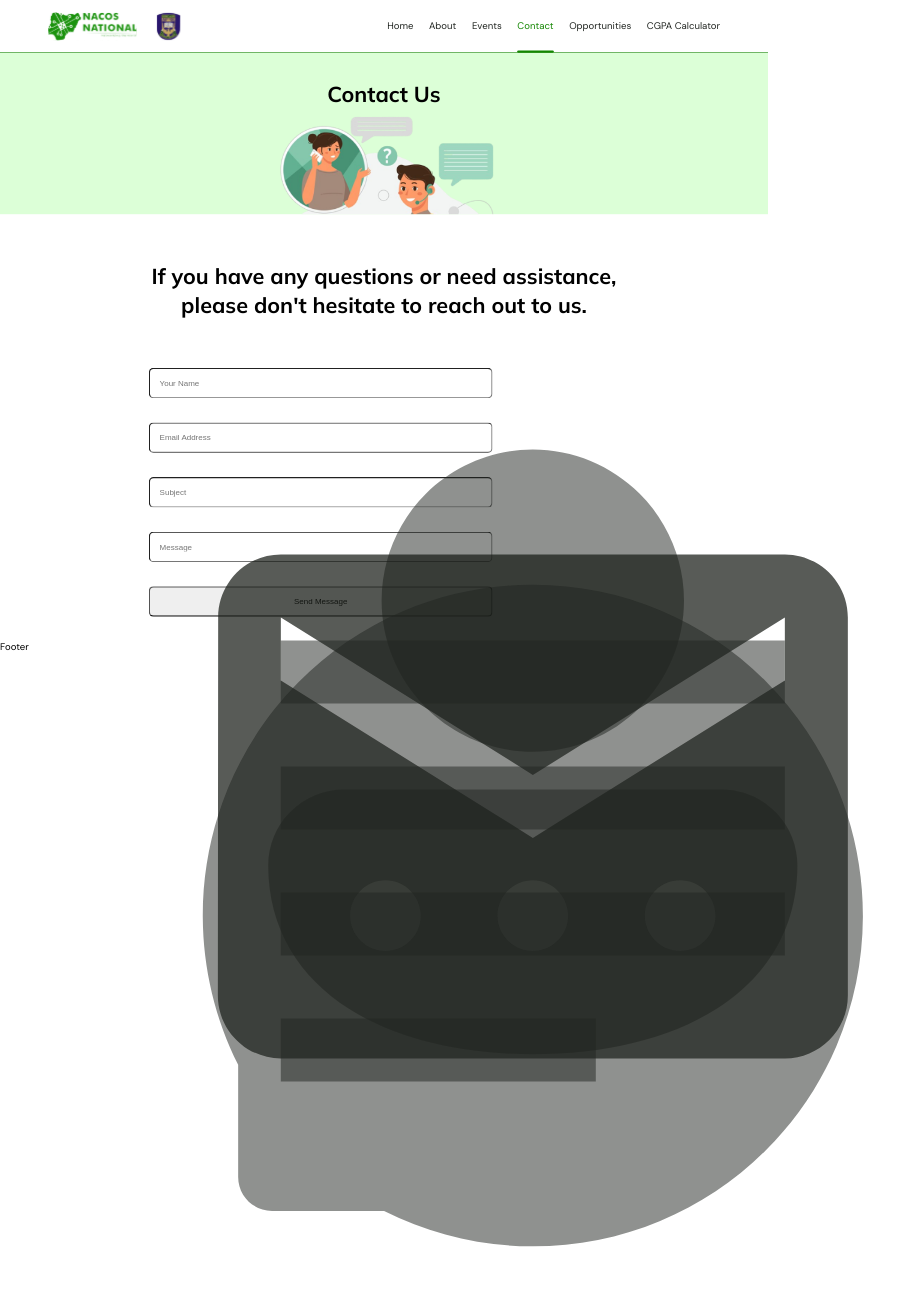
Repository: nacossuil/Uil-Nacos-Web
Page: /contact (app in frontend/)
These files come from the project's save history. The page is drawn as it stood at one moment and after the next save; the edit follows.
The browser window is 1280 px wide. The page is 1528 px wide, then 1280 px, then 1528 px, so the pictures cover 1528 px, including what lies to the right of the window. The pictures show the whole page, at 60% of full size.
The project was rebuilt for these pictures with package versions that can differ from the ones it lists, and the page was loaded fresh each time. Also part of the build but not shown: frontend/vite.config.js, frontend/src/components/Home/About/About.jsx, frontend/src/components/Home/Hero/Hero.jsx, frontend/src/pages/Home/HomePage.jsx, frontend/src/pages/About/AboutPage.jsx, frontend/src/pages/Events/EventsPage.jsx, frontend/src/pages/Opportunities/tempData.js, frontend/src/pages/Opportunities/OpportunitiesPage.jsx and 1 more.

Above is the page before, as saved 2023-11-15 11:17:08.

After the next save:
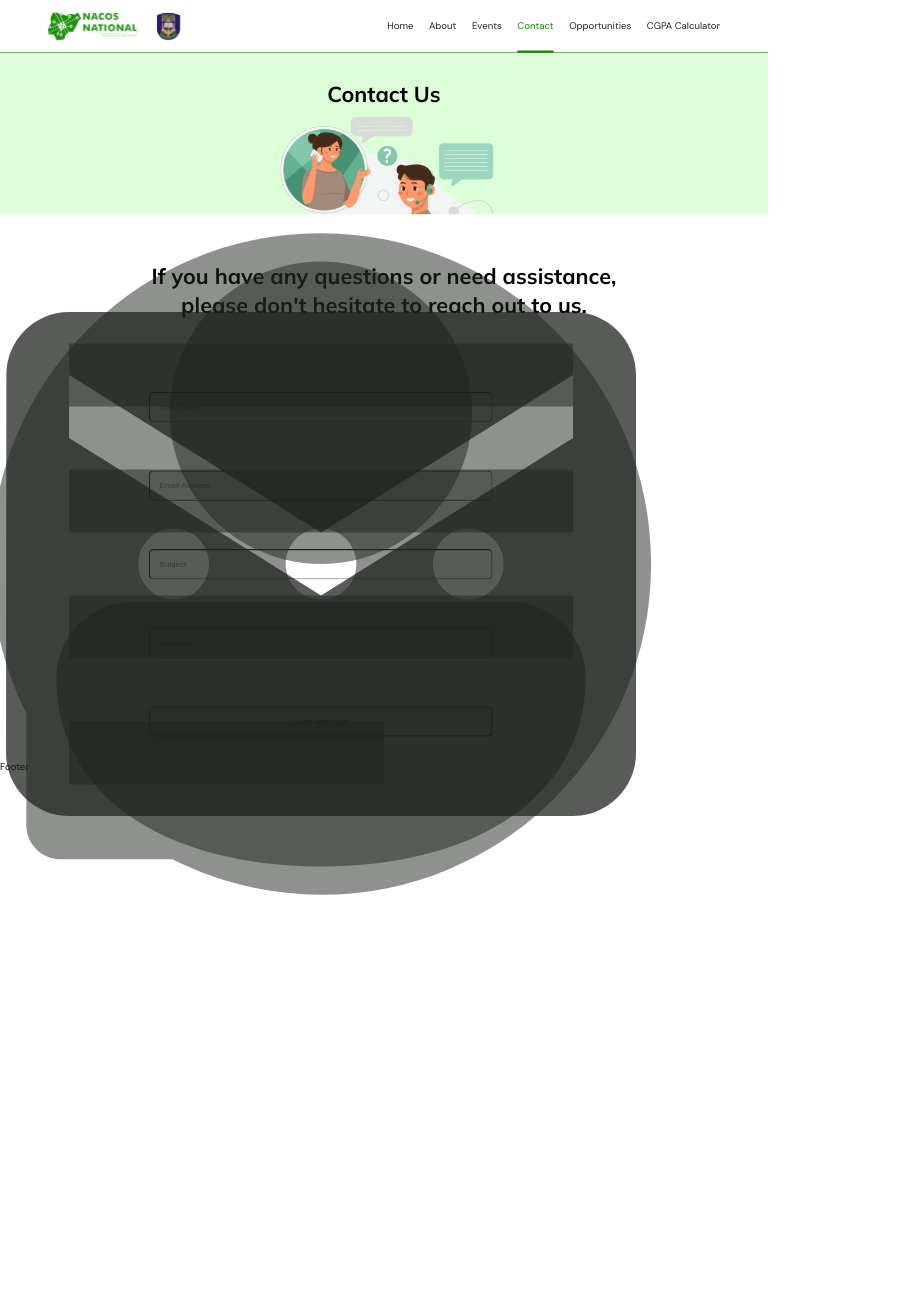
Saved 5 s later.
--- a/frontend/src/pages/Contact/ContactPage.jsx
+++ b/frontend/src/pages/Contact/ContactPage.jsx
@@ -22,7 +22,7 @@
             If you have any questions or need assistance, please {`don't`}{' '}
             hesitate to reach out to us.
           </div>
-          <form className="form">
+          <form className="flexCenter form">
             <img src={Person} alt="person" className="icon" />
             <input type="text" placeholder="Your Name" />
             <img src={Email} alt="person" className="icon" />

After the save that followed:
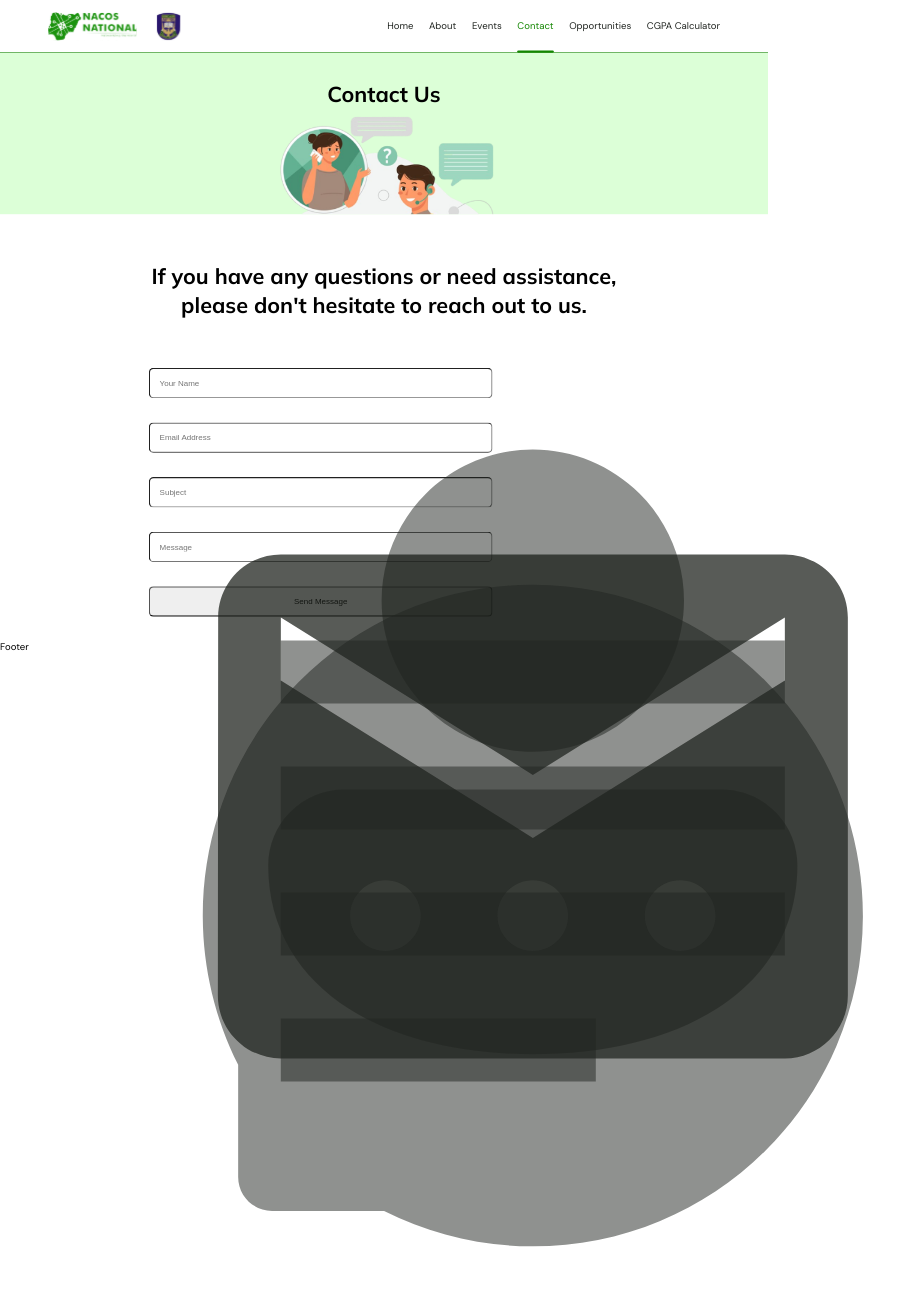
Saved 9 s later.
--- a/frontend/src/pages/Contact/ContactPage.jsx
+++ b/frontend/src/pages/Contact/ContactPage.jsx
@@ -22,7 +22,7 @@
             If you have any questions or need assistance, please {`don't`}{' '}
             hesitate to reach out to us.
           </div>
-          <form className="flexCenter form">
+          <form className="form">
             <img src={Person} alt="person" className="icon" />
             <input type="text" placeholder="Your Name" />
             <img src={Email} alt="person" className="icon" />
